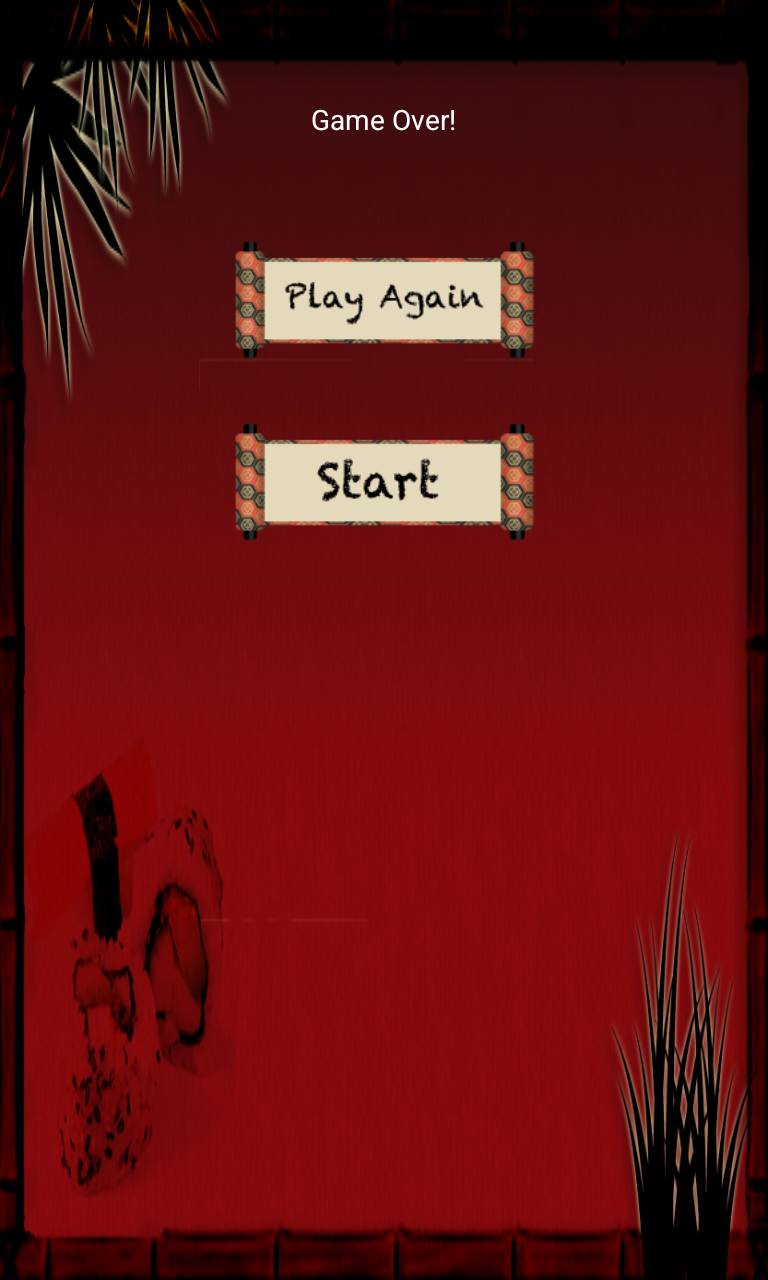
Repository: Kreispy/Sushi-Samurai
Layout: SushiNinja/res/layout/end.xml
The author's editor kept a copy of each file at every save. The layout is drawn from the files as they stood at one save, then again after the next save.
It is drawn on a 768 x 1280 px phone screen (xhdpi) without system bars, with theme AppTheme; the app's code is not run.

Above is the layout before, as saved 2013-04-27 06:12:58.

### SushiNinja/res/layout/end.xml
<?xml version="1.0" encoding="utf-8"?>
<RelativeLayout xmlns:android="http://schemas.android.com/apk/res/android"
    android:layout_width="match_parent"
    android:layout_height="match_parent"
    android:background="@drawable/background_red" >

        <TextView
            android:id="@+id/over"
            android:layout_width="wrap_content"
            android:layout_height="wrap_content"
            android:layout_centerHorizontal="true"
            android:layout_margin="50dp"
            android:text="@string/over"
            android:textColor="@color/white" />

	    <Button
	    android:id="@+id/restart"
	    android:layout_width="wrap_content"
	    android:layout_height="wrap_content"
	    android:onClick="onRestartClick"
	    android:layout_centerHorizontal="true"
    	android:layout_below="@id/over"
    	android:background="@drawable/playagainbutton" />

	    <Button
	    android:id="@+id/end"
        android:layout_margin="25dp"
	    android:layout_width="wrap_content"
	    android:layout_height="wrap_content"
	    android:onClick="onEndClick"
  		android:layout_centerHorizontal="true"
    	android:layout_below="@id/restart"
    	android:background="@drawable/exitbutton"
    	 />


</RelativeLayout>

### SushiNinja/res/values/strings.xml
<?xml version="1.0" encoding="utf-8"?>
<resources>

    <string name="app_name">Sushi Ninja</string>
    <string name="hello_world">Hello world!</string>
    <string name="menu_settings">Settings</string>
    <string name="hello">Second Iteration</string>


    <string name="mode"><b>Please select optional game settings.</b></string>
    <string name="start">START</string>
    <string name="restart">Play Again!</string>
	<string name="end">GTFO!</string>
	<string name="over">Game Over!</string>

	<string name="fast">Fast</string>
	<string name="normal">Normal</string>
	<string name="slow">Slow</string>

	<string name="small">Small</string>
	<string name="medium">Medium</string>
	<string name="large">Large</string>

	<string name="slice">Slice the Sushi!</string>



	<string name="bigger">Bigger Sushi</string>
	<string name="smaller">Smaller Sushi</string>
	<color name="white">#FFFFFF</color>


</resources>

### SushiNinja/res/drawable-hdpi/playagainbutton.xml
<?xml version="1.0" encoding="utf-8"?>
<selector xmlns:android="http://schemas.android.com/apk/res/android" >
       <item android:drawable="@drawable/playagain_button_focused"
          android:state_pressed="true" />
    <item android:drawable="@drawable/playagain_button_focused"
          android:state_focused="true" />
    <item android:drawable="@drawable/playagain_button_normal" />

</selector>

### SushiNinja/res/drawable-hdpi/exitbutton.xml
<?xml version="1.0" encoding="utf-8"?>
<selector xmlns:android="http://schemas.android.com/apk/res/android" >
       <item android:drawable="@drawable/start_button_focused"
          android:state_pressed="true" />
    <item android:drawable="@drawable/start_button_focused"
          android:state_focused="true" />
    <item android:drawable="@drawable/start_button_normal" />

</selector>

Loaded but not shown: SushiNinja/res/values/styles.xml (common file); SushiNinja/res/values-v11/styles.xml (common file); SushiNinja/res/values-v14/styles.xml (common file)

After the next save:
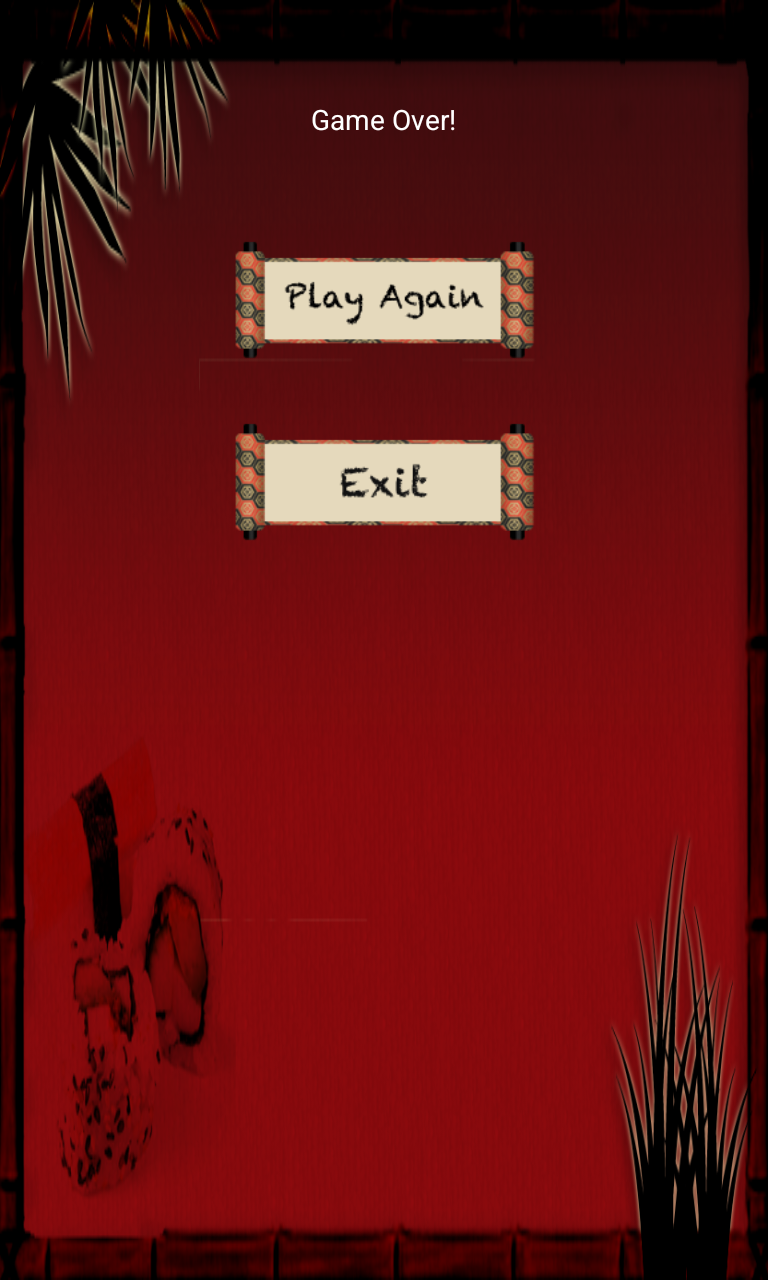
Saved 76 s later.
--- a/SushiNinja/res/drawable-hdpi/exitbutton.xml
+++ b/SushiNinja/res/drawable-hdpi/exitbutton.xml
@@ -1,9 +1,9 @@
 <?xml version="1.0" encoding="utf-8"?>
 <selector xmlns:android="http://schemas.android.com/apk/res/android" >
-       <item android:drawable="@drawable/start_button_focused"
+       <item android:drawable="@drawable/exit_button_focused"
           android:state_pressed="true" />
-    <item android:drawable="@drawable/start_button_focused"
+    <item android:drawable="@drawable/exit_button_focused"
           android:state_focused="true" />
-    <item android:drawable="@drawable/start_button_normal" />
+    <item android:drawable="@drawable/exit_button_normal" />
 
 </selector>
